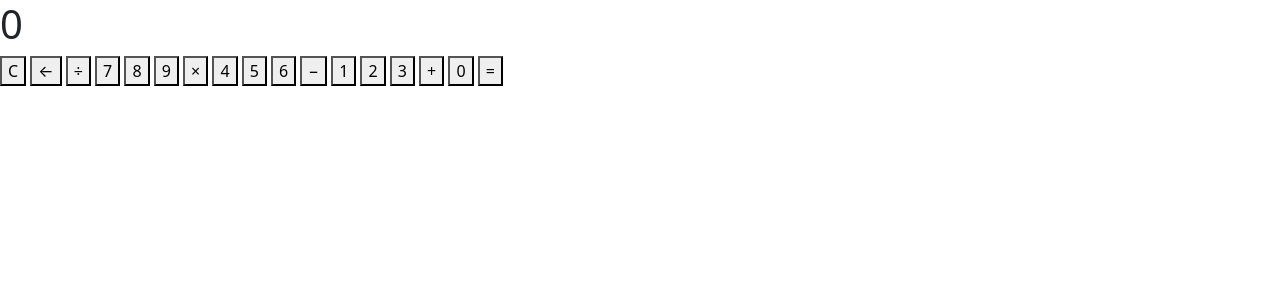
Repository: jgramirez0210/LAB-calculator
Page: index.html
An editor plug-in stored every save of this project. The page is shown before and after the next save, followed by the edit.
The browser window is 1280 px wide. The pictures show the whole page.

Above is the page before, as saved 2023-10-10 20:30:38.

### index.html
<!DOCTYPE html>
<html lang="en">
<head>
  <meta charset="UTF-8">
  <meta name="viewport" content="width=device-width, initial-scale=1.0">
  <title>Calculator</title>
  <link href="https://cdn.jsdelivr.net/npm/bootstrap@5.3.2/dist/css/bootstrap.min.css" rel="stylesheet" integrity="sha384-T3c6CoIi6uLrA9TneNEoa7RxnatzjcDSCmG1MXxSR1GAsXEV/Dwwykc2MPK8M2HN" crossorigin="anonymous">
  <link rel="stylesheet" href="main.css">
</head>
<body>
  <div class="calculator-wrapper"></div>
    <h1>0</h1>
    <button id="clear-btn">C</button>
    <button id="back-btn">←</button>
    <button id="divide-btn">÷</button>
    <button id="7">7</button>
    <button id="8">8</button>
    <button id="9">9</button>
    <button id="multiply">×</button>
    <button id="4">4</button>
    <button id="5">5</button>
    <button id="6">6</button>
    <button id="minus">−</button>
    <button id="1">1</button>
    <button id="2">2</button>
    <button id="3">3</button>
    <button id="add">+</button>
    <button id="0">0</button>
    <button id="=">=</button>
  <script src="https://cdn.jsdelivr.net/npm/bootstrap@5.3.2/dist/js/bootstrap.bundle.min.js" integrity="sha384-C6RzsynM9kWDrMNeT87bh95OGNyZPhcTNXj1NW7RuBCsyN/o0jlpcV8Qyq46cDfL" crossorigin="anonymous"></script>
  <script src="main.js"></script>
</body>
</html>

### main.css
.calculator-wrapper {
 width: 400px;
 display: grid;
 grid-template-columns: repeat(4, 1fr);
 gap: 1px;
 background-color:#ddd;
 margin: 0 auto;
}
#button {
  padding: 20px;
  background-color: #f2f2f2;
  border: 1px solid #ccc;
  text-align: center;
}

### main.js
console.log("testeroo")

After the next save:
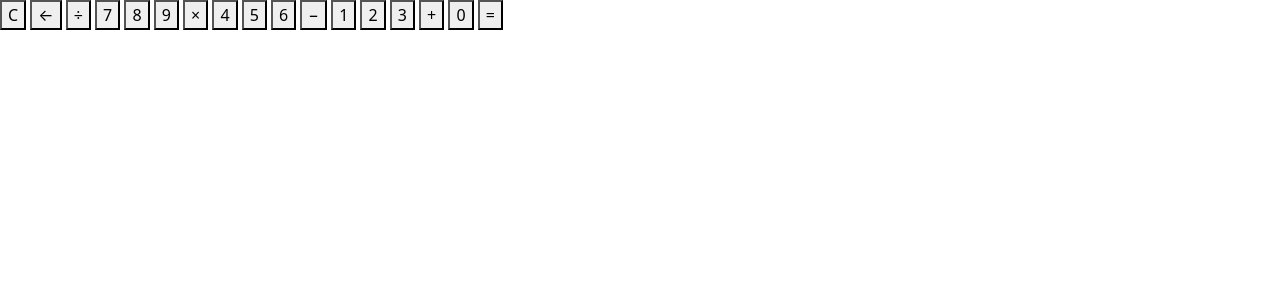
Saved 27 s later.
--- a/index.html
+++ b/index.html
@@ -9,7 +9,7 @@
 </head>
 <body>
   <div class="calculator-wrapper"></div>
-    <h1>0</h1>
+    <dic0</h1>
     <button id="clear-btn">C</button>
     <button id="back-btn">←</button>
     <button id="divide-btn">÷</button>
